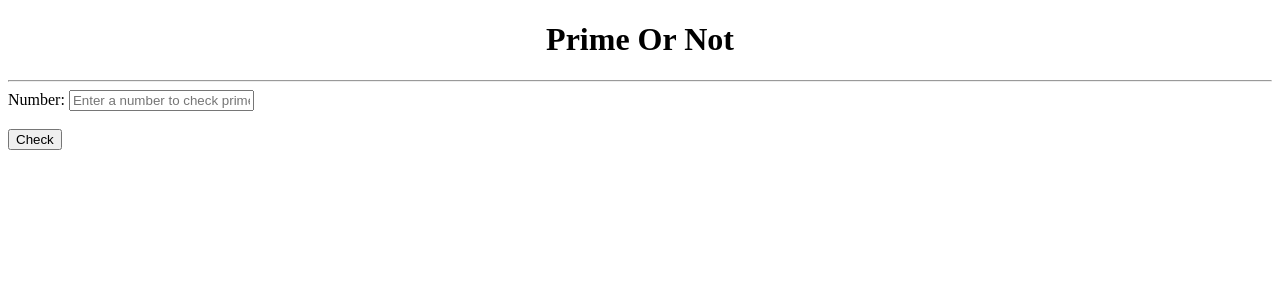
Repository: Gani25/adv_java_b2
Page: http://localhost/jsp_demo/check_number.jsp
The author's editor kept a copy of each file at every save. The page is drawn from the files as they stood at one save, then again after the next save.
The browser window is 1280 px wide. The pictures show the whole page.
The page is served by Tomcat 9. Other server files are loaded and not shown.

Above is the page before, as saved 2025-08-25 10:32:15.

### jsp_demo/src/main/webapp/check_number.jsp
<%@page import="com.sprk.FunctionUtils"%>
<%@page import="java.util.regex.Pattern"%>
<%@ page language="java" contentType="text/html; charset=UTF-8"
	pageEncoding="UTF-8"%>
<!DOCTYPE html>
<html>
<head>
<meta charset="UTF-8">
<title>Prime Or Not</title>
</head>
<body>
	<h1 style="text-align: center">Prime Or Not</h1>
	<hr>
	<form action="#">
		<label for="num">Number: </label> <input type="text" id="num"
			name="number" placeholder="Enter a number to check prime or not">
		<br> <br> <input type="submit" value="Check">
	</form>

	<%
	String numStr = request.getParameter("number");
	if (numStr != null && !numStr.isBlank()) {
		out.print("<hr>");
		int num;
		if (Pattern.matches("^\\d+$", numStr)) {
			num = Integer.parseInt(numStr);
			if (num <= 0) {
		out.print("<p style='color:red;'>Enter Positive Number Greater Than 0 To Check Prime Or Not</p>");
			} else {
		if (FunctionUtils.isPrime(num)) {
			out.print("<p style='color:green;'>Number = " + num
					+ " is a <span style='font-weight:bold'>prime number</span></p>");

		} else {
			out.print("<p>Number = " + num
					+ " is <span style='font-weight:bold; color:red'>not a prime number</span></p>");

		}
			}
		} else {
			out.print("<p style='color:red;'>Enter Positive Number Only</p>");
		}

	}else{
		if(numStr != null && numStr.isBlank()){
			out.print("<p style='color:red;'>Enter Number First</p>");

		}
	}
	%>
</body>
</html>

After the next save:
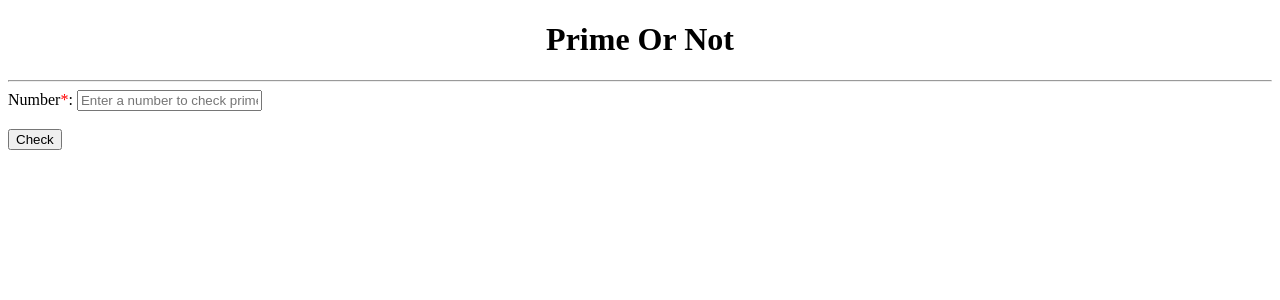
Saved 23 s later.
--- a/jsp_demo/src/main/webapp/check_number.jsp
+++ b/jsp_demo/src/main/webapp/check_number.jsp
@@ -12,7 +12,7 @@
 	<h1 style="text-align: center">Prime Or Not</h1>
 	<hr>
 	<form action="#">
-		<label for="num">Number: </label> <input type="text" id="num"
+		<label for="num">Number<span style="color:red">*</span>: </label> <input type="text" id="num"
 			name="number" placeholder="Enter a number to check prime or not">
 		<br> <br> <input type="submit" value="Check">
 	</form>
